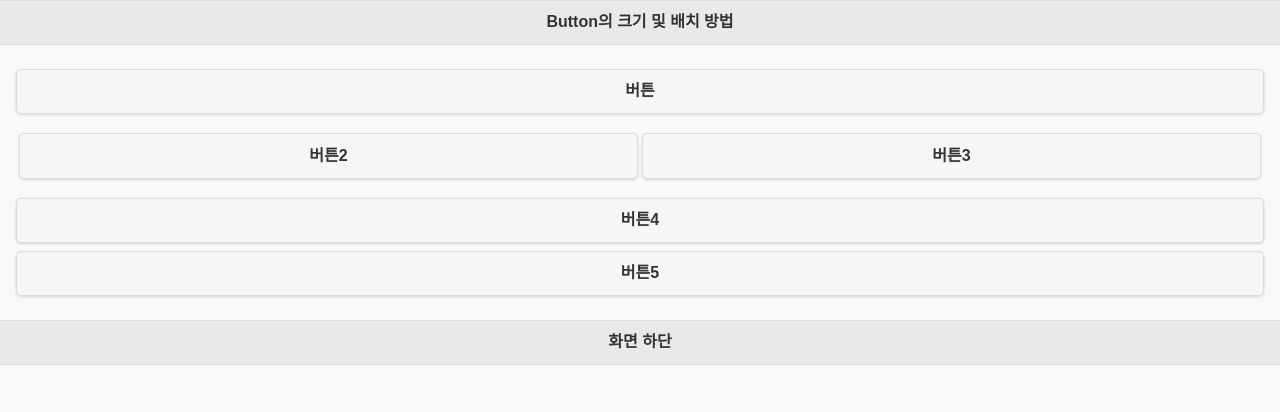
Repository: RYE415/4.jsp
Page: JQueryMobile/src/main/webapp/ch1-ui/02.button.html
The author's editor kept a copy of each file at every save. The page is drawn from the files as they stood at one save, then again after the next save.
The browser window is 1280 px wide. The pictures show the whole page.

Above is the page before, as saved 2022-08-11 03:25:59.

After the next save:
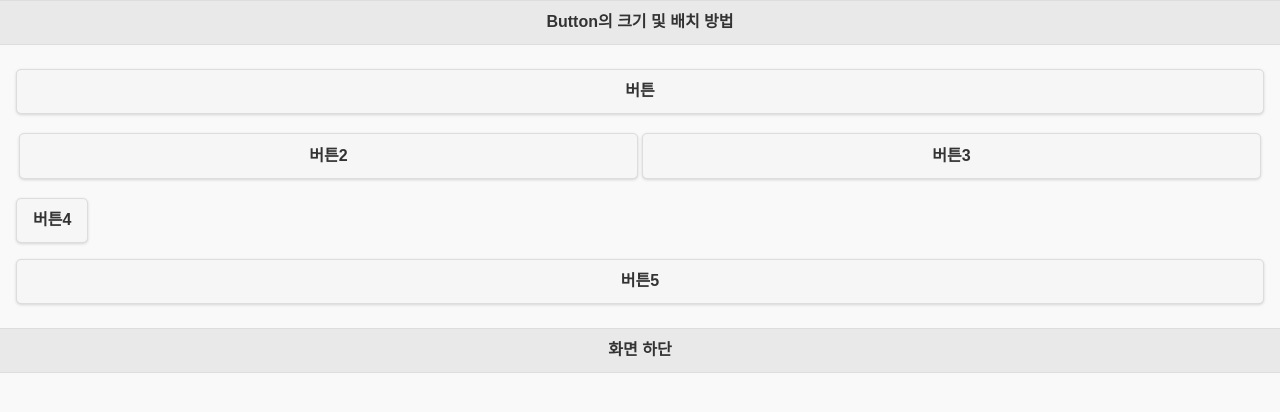
Saved 67 s later.
--- a/JQueryMobile/src/main/webapp/ch1-ui/02.button.html
+++ b/JQueryMobile/src/main/webapp/ch1-ui/02.button.html
@@ -42,7 +42,7 @@
 			1)data-inline="true" (버튼의 글자 길이에 맞게 폭이 설정)
 			2)스타일을 선언하고 강제로 적용(버튼의 길이하고는 상관X)
 	 -->
-	 <a href="#" data-role="button">버튼4</a>
+	 <a href="#" data-role="button" data-inline="true">버튼4</a>
 	 <a href="#" data-role="button">버튼5</a>
 	</div>
 	<div data-role="footer">
